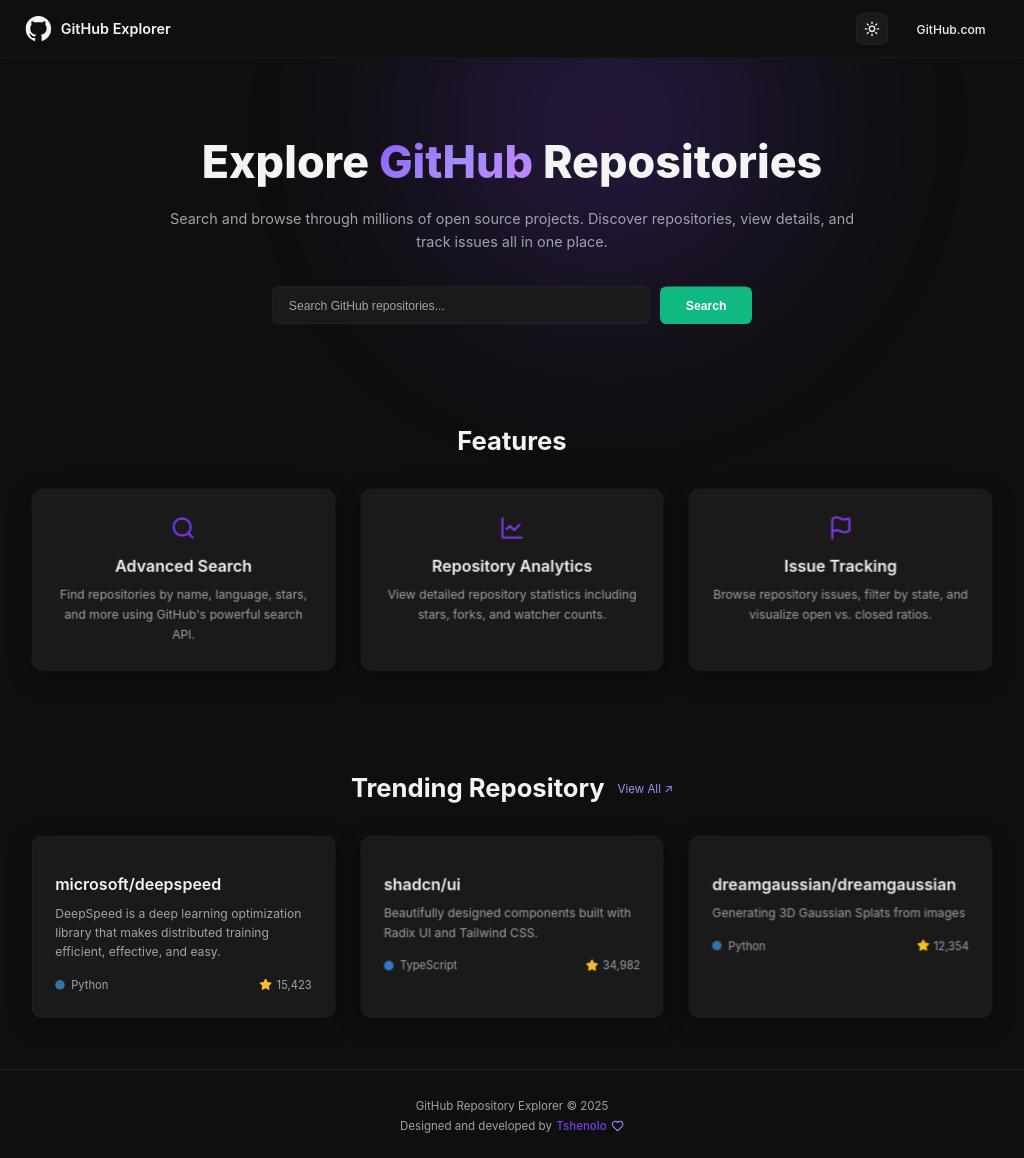
Repository: Tshenolo1994/username-repo
Page: /
An editor plug-in stored every save of this project. The page is shown before and after the next save, followed by the edit.
The browser window is 1280 px wide. The pictures show the whole page, at 80% of full size.
The project was rebuilt for these pictures with package versions that can differ from the ones it lists, and the page was loaded fresh each time. Also part of the build but not shown: vite.config.ts, src/views/RepoView.vue.

Above is the page before, as saved 2025-10-27 01:06:06.

After the next save:
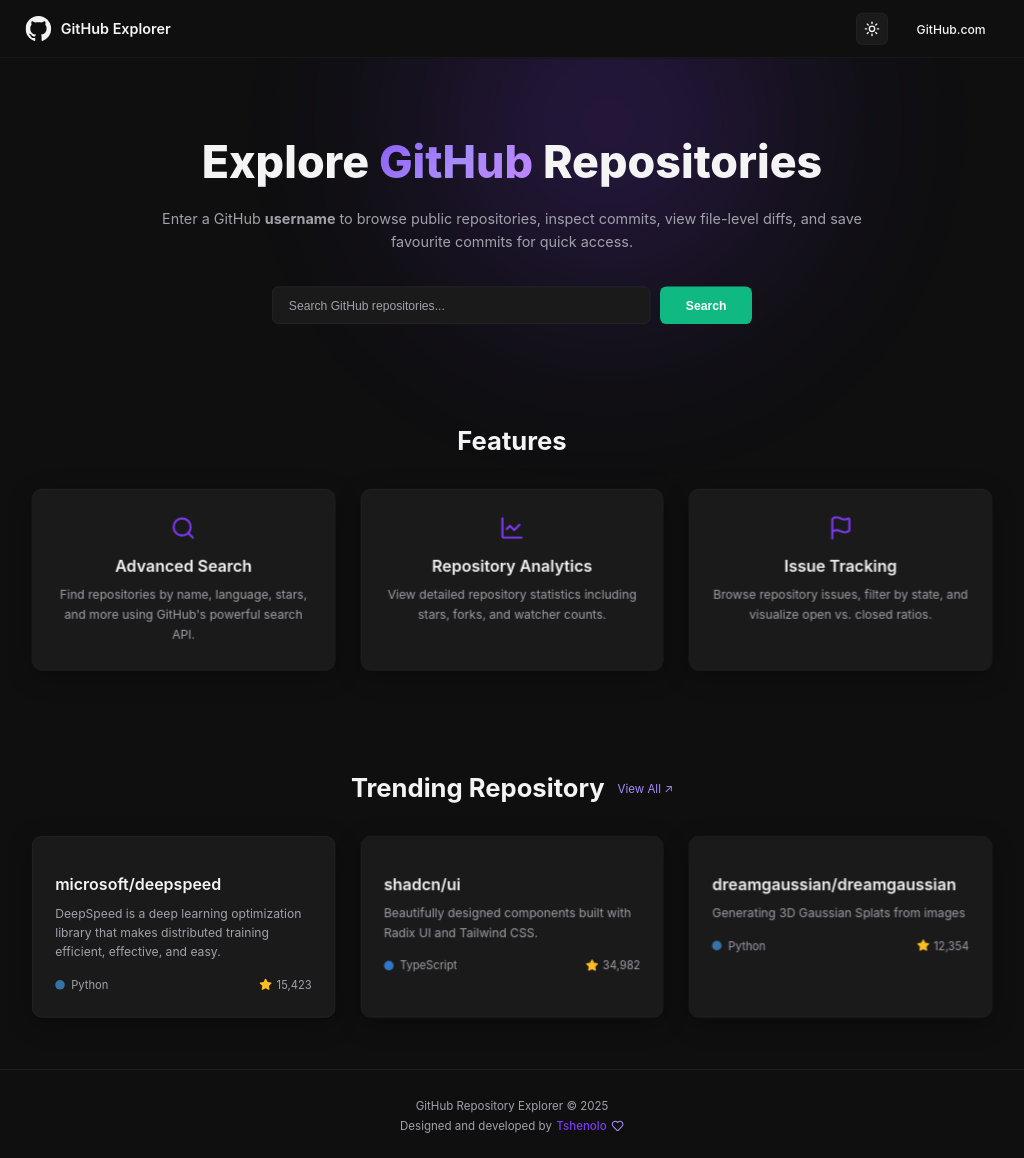
Saved 3 min 0 s later.
--- a/src/views/HomeView.vue
+++ b/src/views/HomeView.vue
@@ -63,8 +63,8 @@
           Explore <span class="gradient-text">GitHub</span> Repositories
         </h1>
         <p class="hero-sub">
-          Search and browse through millions of open source projects. Discover
-          repositories, view details, and track issues all in one place.
+            Enter a GitHub <strong>username</strong> to browse public repositories, inspect commits,
+  view file-level diffs, and save favourite commits for quick access.
         </p>
 
         <div class="search-box">
